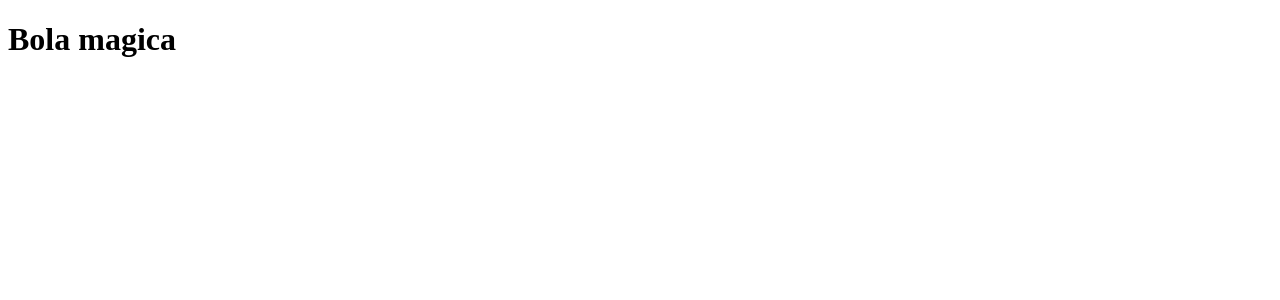
Repository: Kevin8548/FundamentosJS
Page: index.html
The author's editor kept a copy of each file at every save. The page is drawn from the files as they stood at one save, then again after the next save.
The browser window is 1280 px wide. The pictures show the whole page.

Above is the page before, as saved 2024-09-20 09:30:20.

After the next save:
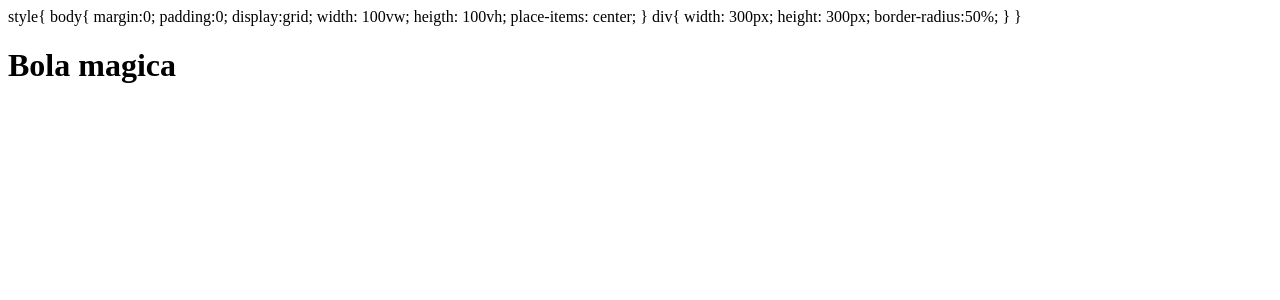
Saved 3 min 24 s later.
--- a/index.html
+++ b/index.html
@@ -4,6 +4,21 @@
     <meta charset="UTF-8">
     <meta name="viewport" content="width=device-width, initial-scale=1.0">
     <title>Fundamentos JavaScript</title>
+    style{
+        body{
+            margin:0;
+            padding:0;
+            display:grid;
+            width: 100vw;
+            heigth: 100vh;
+            place-items: center;
+        }
+        div{
+            width: 300px;
+            height: 300px;
+            border-radius:50%;
+        }
+    }
 </head>
 <body>
     <div>
